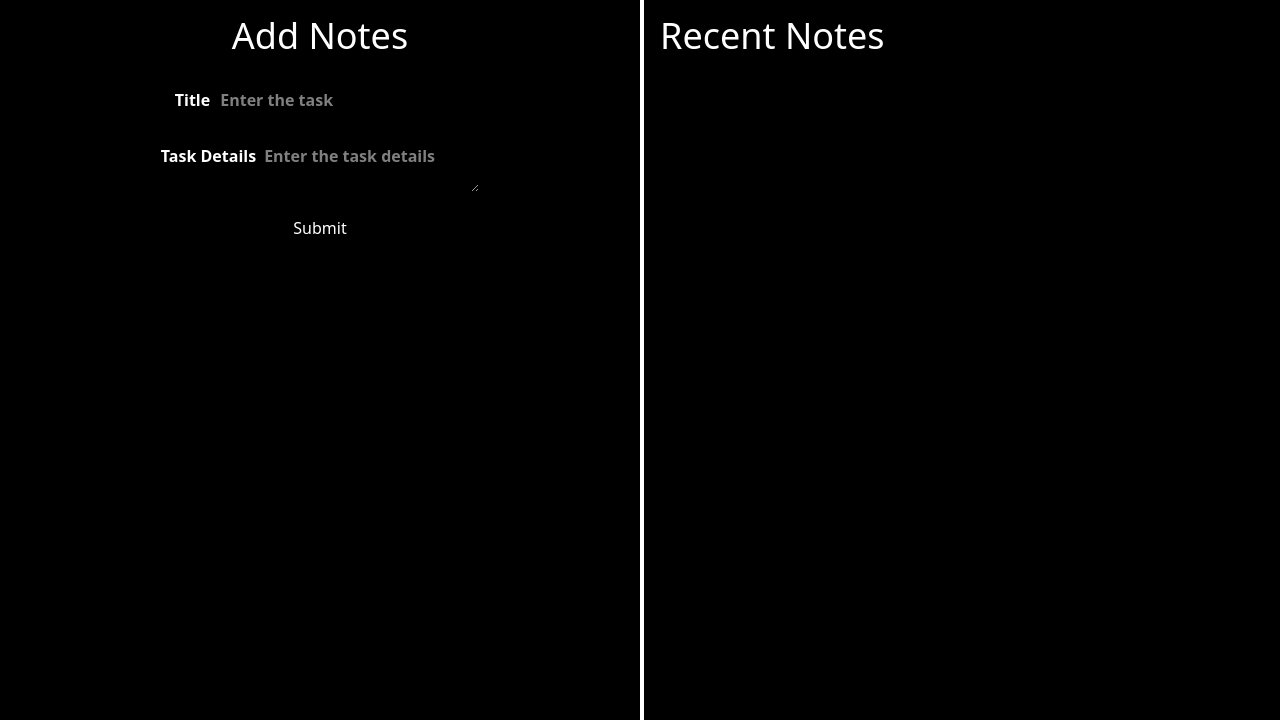
Repository: ajay-maurya-dev/notes
Page: /
An editor plug-in stored every save of this project. The page is shown before and after a run of saves, followed by the edit.
The browser window is 1280 px wide. The pictures show the whole page.
The project was rebuilt for these pictures with package versions that can differ from the ones it lists, and the page was loaded fresh each time. Also part of the build but not shown: vite.config.js.

Above is the page before, as saved 2026-09-26 08:20:28.

### index.html
<!doctype html>
<html lang="en">
  <head>
    <meta charset="UTF-8" />
    <link rel="icon" type="image/svg+xml" href="/favicon.svg" />
    <meta name="viewport" content="width=device-width, initial-scale=1.0" />
    <title>funtion</title>
  </head>
  <body>
    <div id="root"></div>
    <script type="module" src="/src/main.jsx"></script>
  </body>
</html>

### src/App.jsx
import { useState } from "react"
import { X } from 'lucide-react';


const App = () => {

  const [Title, setTitle] = useState("")
  const [Details, setDetails] = useState("")
  const [task, setTask] = useState([])

  const handleSubmit = (e) => {
    e.preventDefault()
    const copyTask = [...task];
    copyTask.push({ Title, Details })

    setTask(copyTask)


    setTitle("")
    setDetails("")
  }

  const deleted = () => {
    console.log("Notes");

  }

  return (
    <div className="flex h-screen bg-black text-white">
      <form className="flex flex-col items-center gap-6 border-none w-1/2 h-full shadow-md/10 p-4 shadow-olive-100" onSubmit={(e) => {
        handleSubmit(e)
      }}>
        <h1 className="text-4xl">Add Notes</h1>
        <label className="flex gap-2.5 font-bold p-2 bg-transparent">
          Title
          <input
            type="text"
            className="outline-none"
            placeholder="Enter the task"
            value={Title}
            onChange={(e) => {
              setTitle(e.target.value)
            }} />
        </label>
        <label className="flex font-bold gap-2">
          Task Details
          <textarea
            placeholder="Enter the task details"
            className="flex justify-center items-center outline-none"
            type="text"
            value={Details}
            name=""
            onChange={(e) => {
              setDetails(e.target.value)
            }}
            id="" />
        </label>
        <button className="border-none hover:bg-cyan-300 rounded-4xl px-4 active:scale-95" type="submit">Submit</button>
      </form>
      <div className="flex flex-col h-full p-4 w-1/2 border-l-4 overflow-x-auto">
        <h1 className="text-4xl">Recent Notes</h1>
        <div className="flex flex-wrap gap-4">
          {
            task.map(function (elem, idx) {
              return <div className="relative flex flex-col gap-4 mt-4 h-80 flex-wrap w-70 p-10 text-black rounded-4xl overflow-x-auto overflow-y-hidden bg-[url('https://imgs.search.brave.com/p2VirxELPDEsr8YbxT5bZGx7wpRhcGewhV7xBstKXW8/rs:fit:500:0:1:0/g:ce/aHR0cHM6Ly9pLnBp/bmltZy5jb20vb3Jp/Z2luYWxzL2VmL2Uw/L2ZmL2VmZTBmZmRi/NWI2OThlZTcxZWQx/MmM0ZTRiZTA2MWZi/LmpwZw')] bg-cover" key={idx}>
                <button onClick={() => deleted()} className="left-50 absolute cursor-pointer active:scale-0 top-3"><X /></button>
                <h1 className="text-2xl font-bold leading-tight">{elem.Title}</h1>
                <p className="text-medium leading-relaxed w-full text-gray-500 ">{elem.Details}</p>
              </div>

            })
          }

        </div>

      </div>
    </div>
  )
}

export default App

Loaded but not shown: src/main.jsx (common file); src/index.css (common file)

After the next 2 saves:
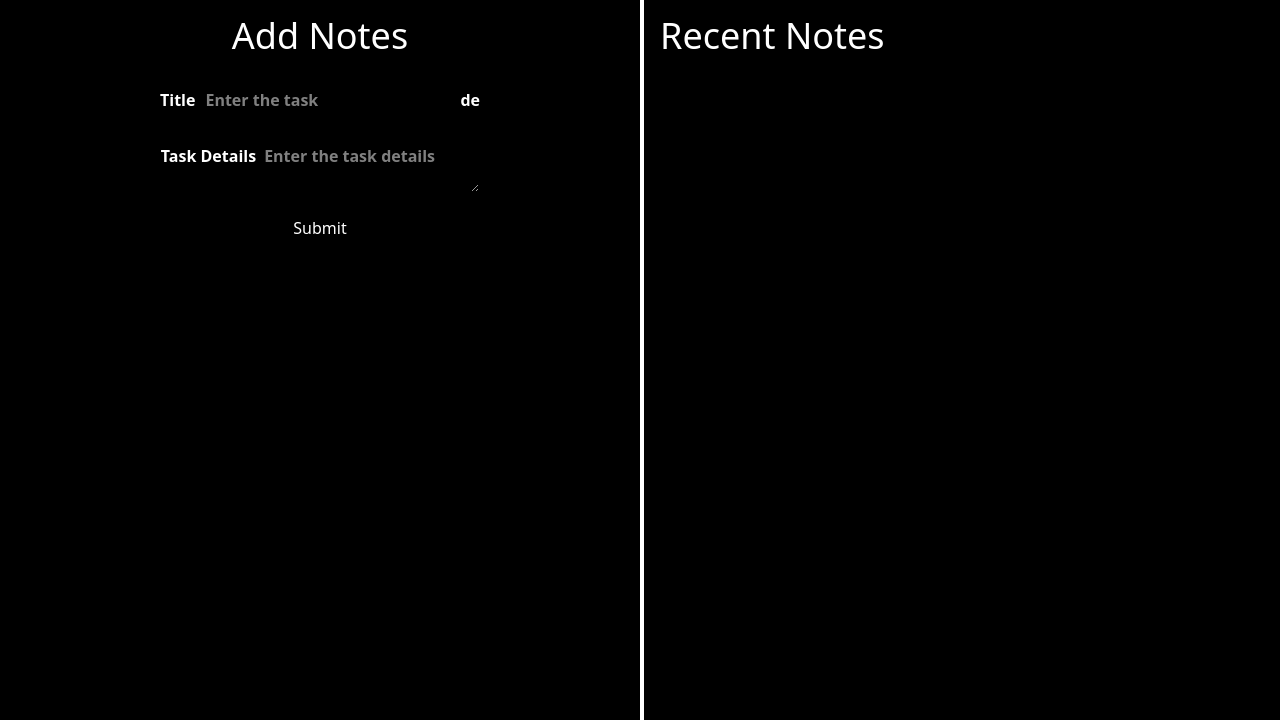
The 2 saves are shown as one change because they came seconds apart.
The last was saved 19 s later.
--- a/src/App.jsx
+++ b/src/App.jsx
@@ -41,6 +41,7 @@ const App = () => {
             onChange={(e) => {
               setTitle(e.target.value)
             }} />
+            de
         </label>
         <label className="flex font-bold gap-2">
           Task Details
